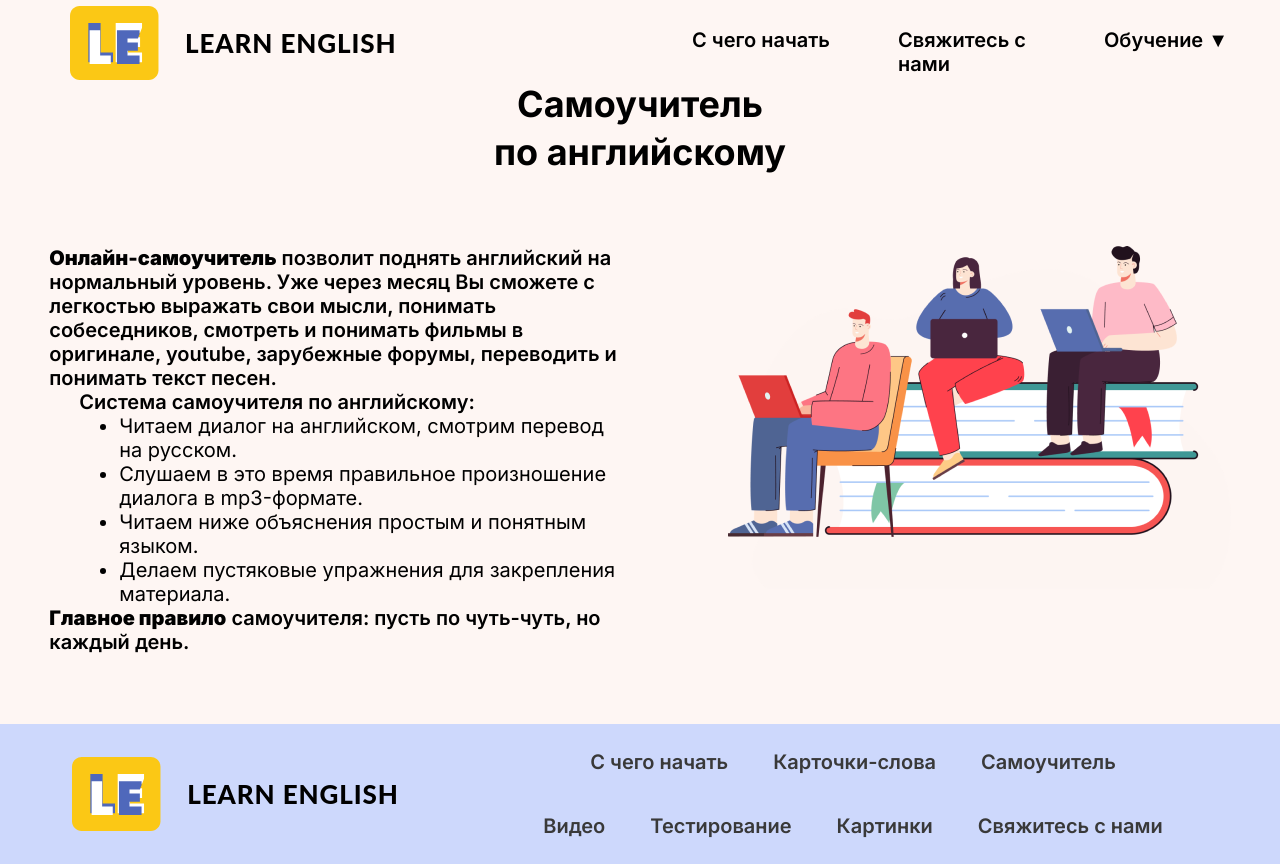
Repository: WladimirVA/Diplom
Page: scool/lesson.html
These files come from the project's save history. The page is drawn as it stood at one moment and after the next save; the edit follows.
The browser window is 1280 px wide. The pictures show the whole page.

Above is the page before, as saved 2023-07-19 16:28:18.

After the next save:
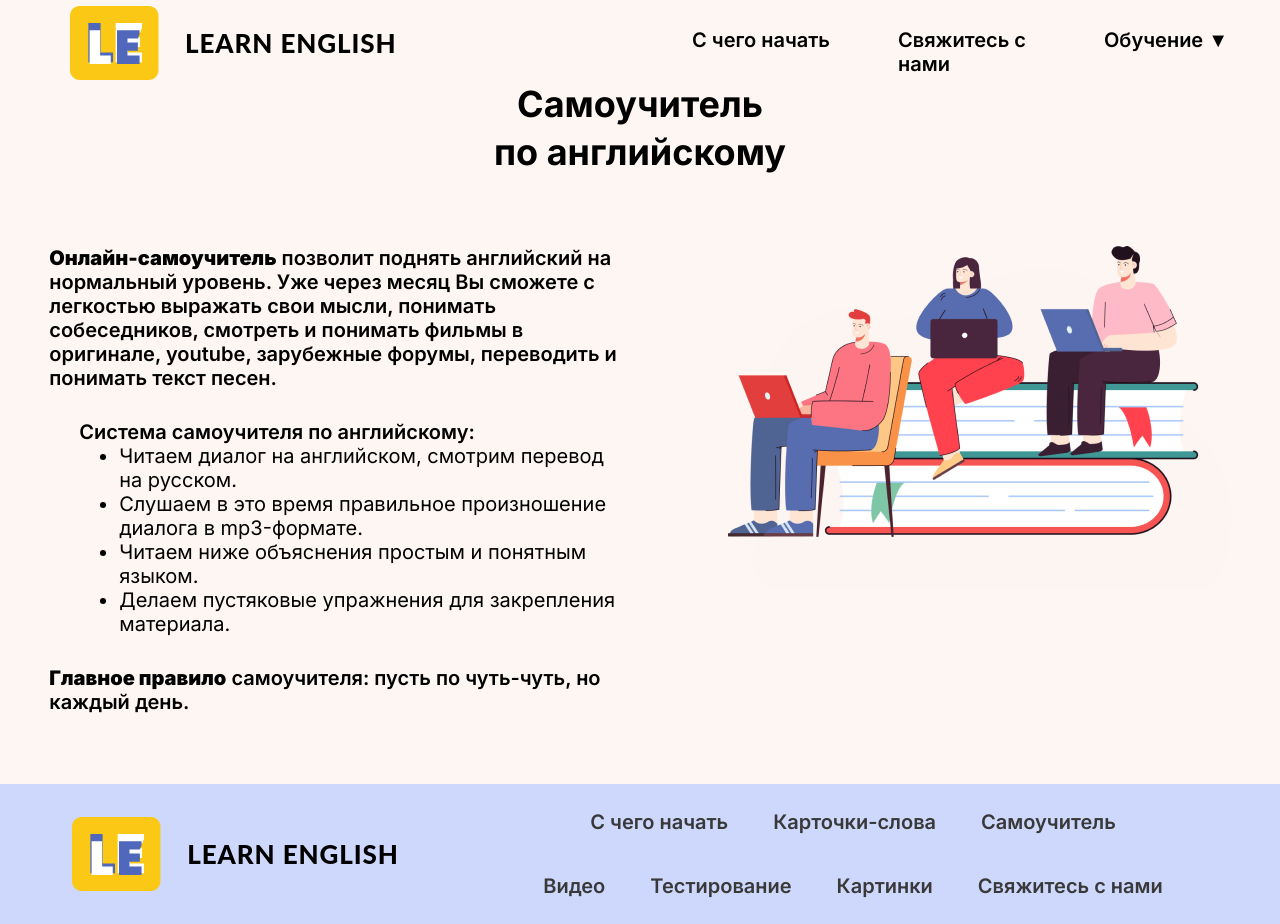
Saved 23 s later.
--- a/scool/css/lesson.css
+++ b/scool/css/lesson.css
@@ -44,5 +44,5 @@
 }
 
 .tutorial-inf ul {
-    padding: 0 0 0 30px;
+    padding: 30px 0 30px 30px;
 }
